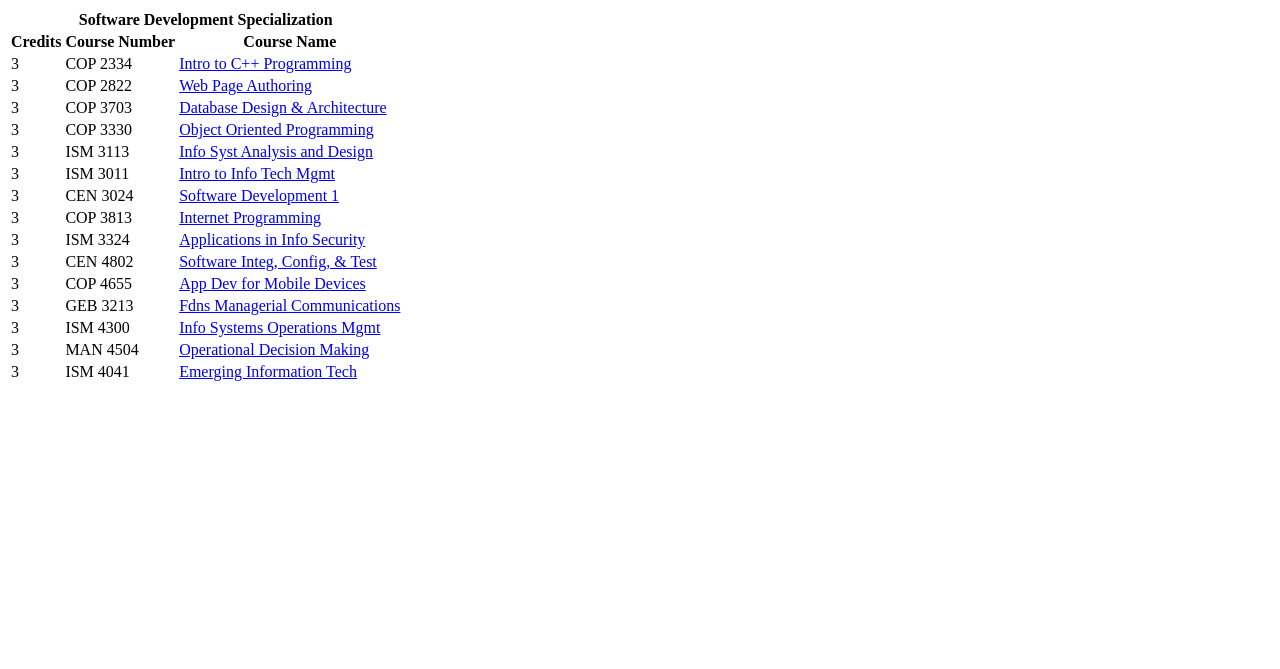
Repository: mlmEFSC21/P5-DegreeTableStyling
Page: FormattedProgramSpecialization2.html
These files come from the project's save history. The page is drawn as it stood at one moment and after the next save; the edit follows.
The browser window is 1280 px wide. The pictures show the whole page.

Above is the page before, as saved 2022-02-07 16:18:29.

After the next save:
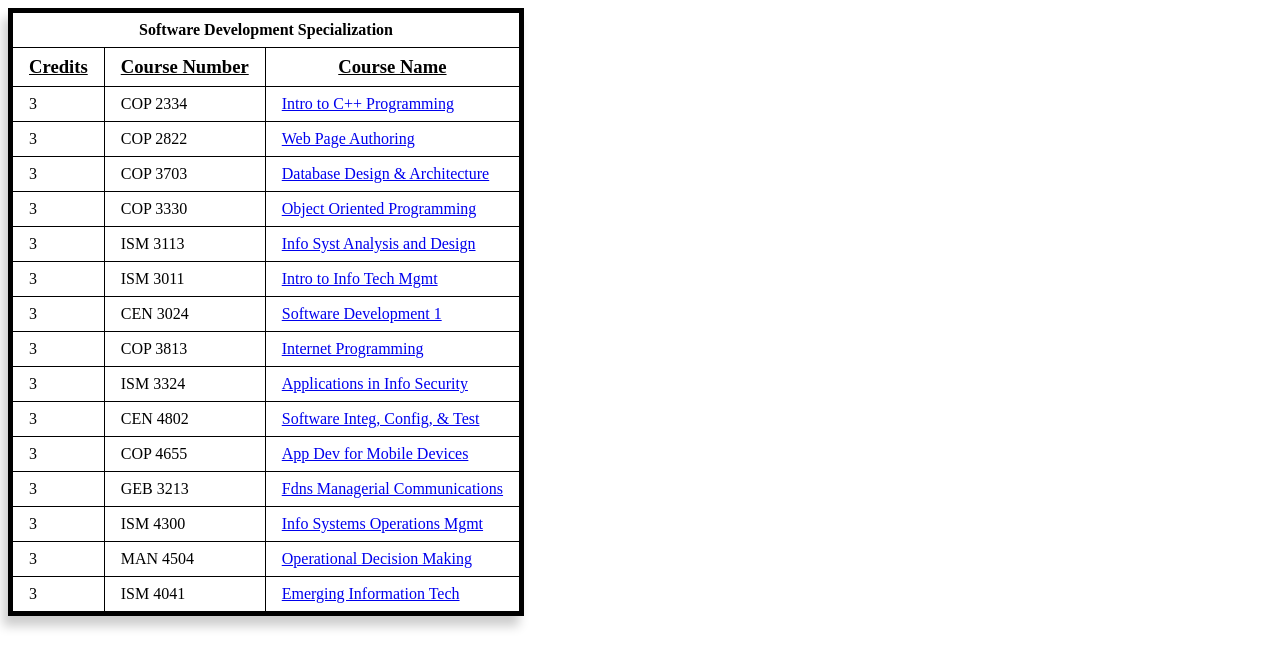
Saved 2 min 40 s later.
--- a/FormattedProgramSpecialization2.html
+++ b/FormattedProgramSpecialization2.html
@@ -10,6 +10,39 @@
             href="https://fonts.googleapis.com/css2?family=Spectral:wght@300&display=swap"
             rel="stylesheet"
         />
+        <style>
+            table {
+                border-collapse: collapse;
+                box-shadow: -5px 10px 10px rgba(0, 0, 0, 0.2);
+                border: 5px solid black;
+                padding: 0.25rem;
+            }
+            /* centered text of first to rows (table header) */
+            thead {
+                text-align: center;
+            }
+            /* used two classes to change the sizes, decorations, etc. */
+            .tableTitle {
+                font-size: 18pt;
+                font-weight: bold;
+                text-align: center;
+            }
+            .colTitles {
+                font-size: 14pt;
+                text-decoration: underline;
+            }
+            th {
+                border: 1px solid black;
+                padding: 0.5rem 1rem;
+            }
+            /* added the font size and text alignment for the row data here */
+            td {
+                border: 1px solid black;
+                padding: 0.5rem 1rem;
+                font-size: 12pt;
+                text-align: left;
+            }
+        </style>
         <title>Degree Specialization Table</title>
     </head>
     <body>
